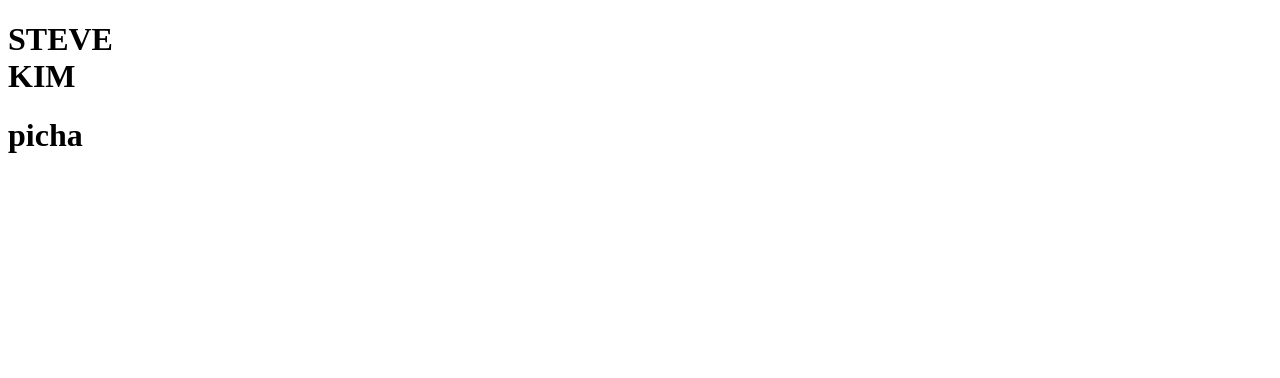
Repository: Sincriga/sincriga2
Page: index.html
The author's editor kept a copy of each file at every save. The page is drawn from the files as they stood at one save, then again after the next save.
The browser window is 1280 px wide. The pictures show the whole page.

Above is the page before, as saved 2024-02-24 12:22:18.

After the next save:
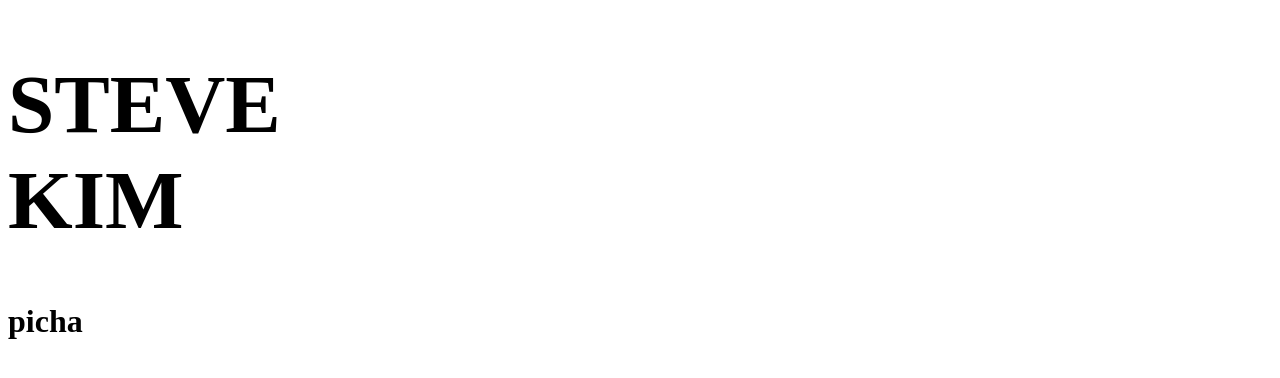
Saved 60 s later.
--- a/styles.css
+++ b/styles.css
@@ -2,18 +2,18 @@
     background-color: white;
 
 }
-#hero_section(
+#hero_section{
     height: 40vh:
     border:1px solid  black:
     display: flex:
-)
+}
 .sec1{border:1px dotted black:
     width:50%:
     height:100%:
     color: brown:
 
 }
-#fname
+#fname{
 font-size:520%;
 }
 #name{

After the save that followed:
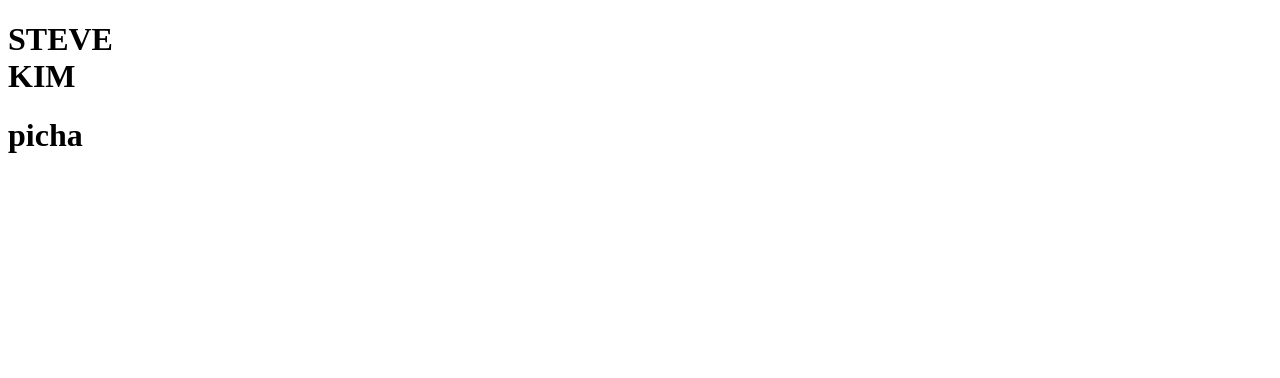
Saved 2 min 56 s later.
--- a/styles.css
+++ b/styles.css
@@ -4,10 +4,8 @@
 }
 #hero_section{
     height: 40vh:
-    border:1px solid  black:
     display: flex:
 }
-.sec1{border:1px dotted black:
     width:50%:
     height:100%:
     color: brown:
